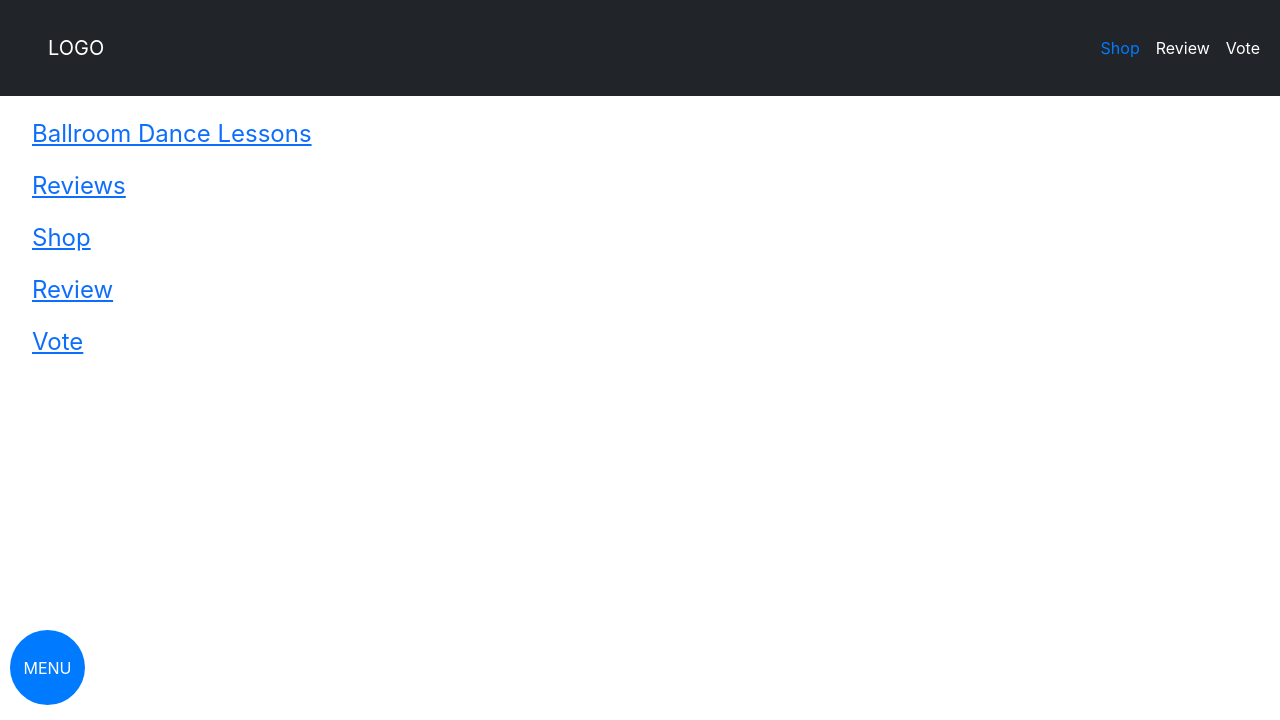
Repository: DragonFruit8/basic-website
Page: /shop
An editor plug-in stored every save of this project. The page is shown before and after a run of saves, followed by the edit.
The browser window is 1280 px wide. The pictures show the whole page.
The project was rebuilt for these pictures with package versions that can differ from the ones it lists, and the page was loaded fresh each time. Also part of the build but not shown: src/sections/MissionSec.js, src/sections/AboutSec.js, src/sections/ServiceSec.js, src/Img/LunaLogo.js, src/sections/SupportSec.js, src/sections/HeroSec.js, src/pages/HomePage.js.

Above is the page before, as saved 2024-06-23 08:53:28.

After the next 4 saves:
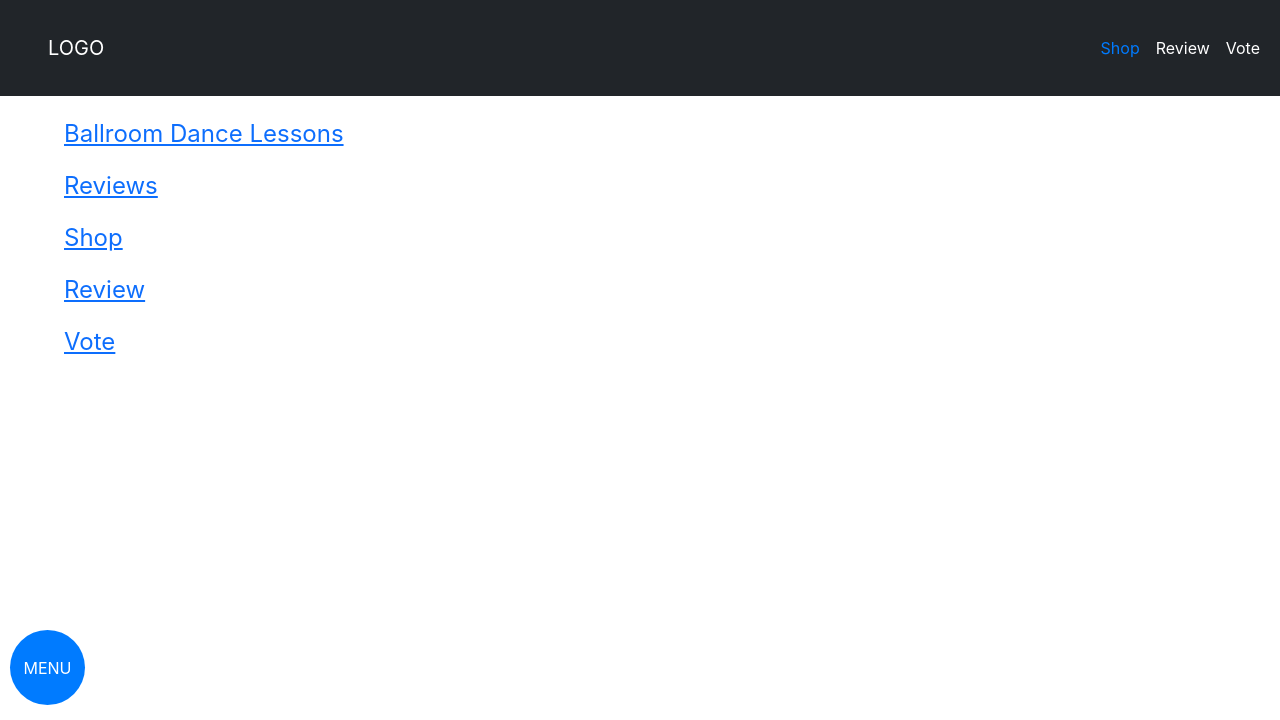
The 4 saves are shown as one change because 1 did not build or start and some came seconds apart.
The last was saved 14 s later.
--- a/src/pages/ShopPage.js
+++ b/src/pages/ShopPage.js
@@ -9,9 +9,11 @@
                 {
                     Object.keys(data).map((key, index) => {
                         return (
+                            <ul>
                             <li key={index} className='list-unstyled mt-3 mb-3' style={{ fontSize: '1.5rem' }}>
                                 <a href={`/${data[key].b}`}>{data[key].a}</a>
-                            </li>
+                                </li>
+                            </ul>
                         );
                     })
                 }

After the 3 saves that followed:
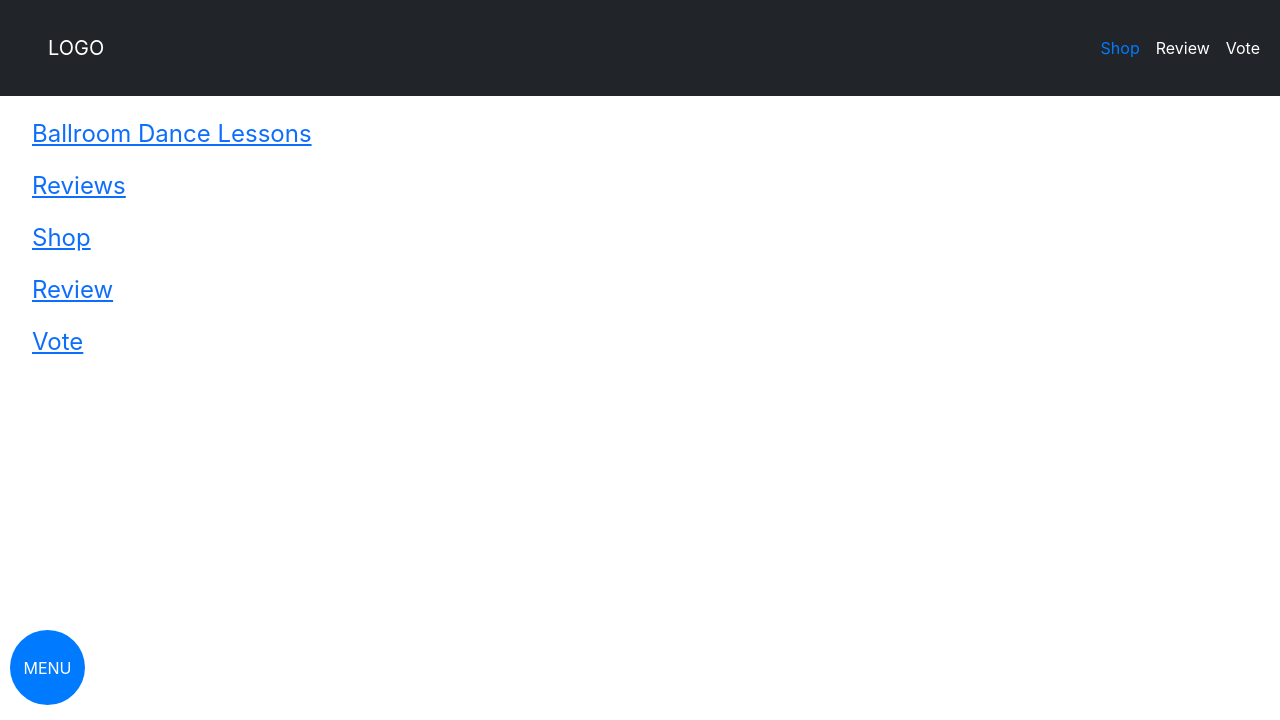
The 3 saves are shown as one change because they came seconds apart.
The last was saved 10 s later.
--- a/src/pages/ShopPage.js
+++ b/src/pages/ShopPage.js
@@ -9,7 +9,7 @@
                 {
                     Object.keys(data).map((key, index) => {
                         return (
-                            <ul>
+                            <ul className='list-unstyled'>
                             <li key={index} className='list-unstyled mt-3 mb-3' style={{ fontSize: '1.5rem' }}>
                                 <a href={`/${data[key].b}`}>{data[key].a}</a>
                                 </li>
